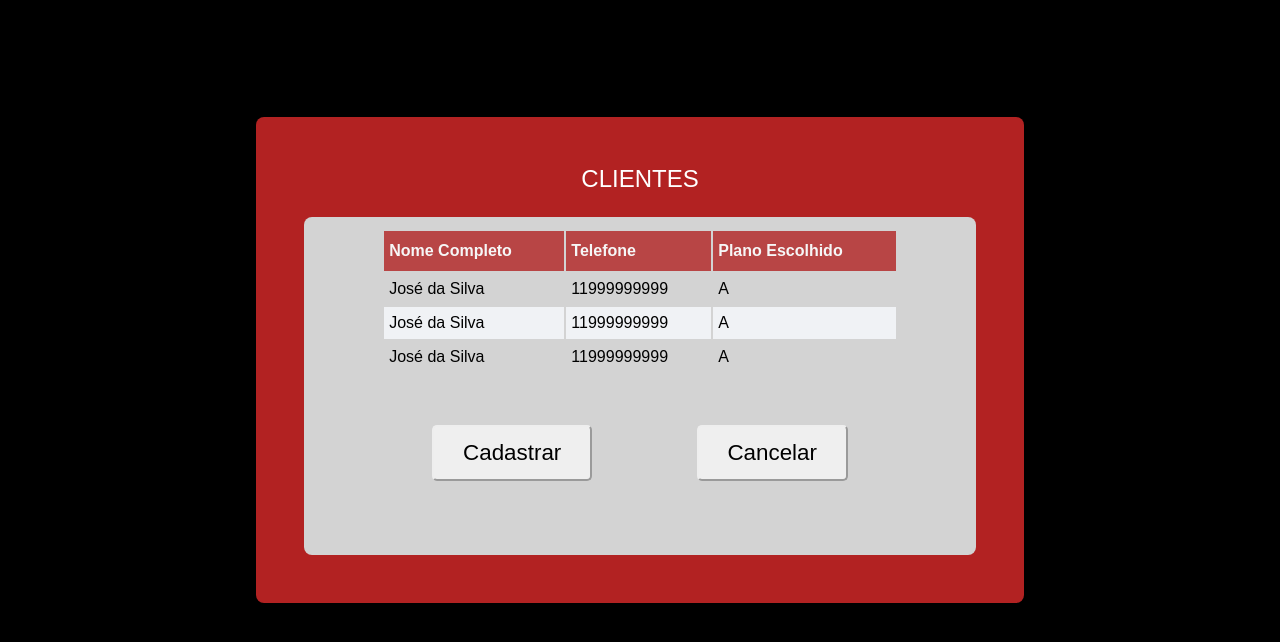
Repository: samantaProspero/projeto_integrador
Page: Versão Atual/PI_Vanila/clientes.html
The author's editor kept a copy of each file at every save. The page is drawn from the files as they stood at one save, then again after a run of saves.
The browser window is 1280 px wide. The pictures show the whole page.

Above is the page before, as saved 2021-11-06 14:46:46.

### Versão Atual/PI_Vanila/clientes.html
<!DOCTYPE html>
<html lang="pt-BR">
<head>
  <meta charset="UTF-8">
  <meta http-equiv="X-UA-Compatible" content="IE=edge">
  <meta name="viewport" content="width=device-width, initial-scale=1.0">
  <link rel="stylesheet" type="text/css" href="_css/global.css">
  <link rel="stylesheet" type="text/css" href="_css/clientes.css">
  <title>D Lions</title>
</head>
<body id="clientes-container">
  <section class="clientes-content">
    <p>CLIENTES</p>
    <nav class="clientes-painel">
      <div class="clientes-lista">

        <div class="area-clientes">
          <table>
            <thead>
              <th>Nome Completo</th>
              <th>Telefone</th>
              <th>Plano Escolhido</th>
            </thead>
            <tbody>
              <tr>
                <td>José da Silva</td>
                <td>11999999999</td>
                <td>A</td>
              </tr>
              <tr>
                <td>José da Silva</td>
                <td>11999999999</td>
                <td>A</td>
              </tr>
              <tr>
                <td>José da Silva</td>
                <td>11999999999</td>
                <td>A</td>
              </tr>
            </tbody>
          </table>
          <div id="buttons-div">
            <button>Cadastrar</button>
            <button>Cancelar</button>
          </div>
        </div>
      </div>
    </nav>
  </section>
</body>
</html>

### Versão Atual/PI_Vanila/_css/global.css
  :root{
    --red: #E52E4D;
    --green: #33CC95;
    --blue: #5429CC;
    --blue-light: #6933FF;
    --text-title: #363F5F;
    --text-body: #969CB2;
    --background: #f0f2f5;
    --shape: #FFFFFF;
    --primary_dark: #363F5F;
  --secondary_dark: #000000;
    --primary: #FF0000;
    --bg_home: #B22222;
    --bg_cadastro:#A52A2A;
    --icon: #6495ED;
    --bg_frame: #D3D3D3;
  }
  /* font verdana 8 bold */

  *{
    margin: 0;
    padding: 0;
    box-sizing: border-box;
  }

  /* // font-size: 16px (Desktop) */
  html{
    @media (max-width: 1080px){
      font-size: 93.75%; //15px
    }
    @media (max-width: 720px){
      font-size: 87.5%;  //14px
    }
  }
  /* //REM = 1rem = 16px */
  body{
    background: var(--secondary_dark);
    -webkit-font-smoothing: antialiased;
  }

  body, input, textarea, button {
    font-family: 'Poppins', sans-serif;
    font-weight: 400;
  }

  h1, h2, h3, h4, h5, h6, strong {
    font-weight: 600;
  }

  button {
    cursor: pointer;
  }



  /* [disabled] {
    opacity: 0.6;
    cursor: not-allowed;
  }

  .react-modal-overlay{
    background: rgba(0,0,0,0.5);
    position: fixed;

    top: 0;
    bottom: 0;
    right: 0;
    left: 0;

    display: flex;
    align-items: center;
    justify-content: center;
  }

  .react-modal-content{
    width: 100%;
    max-width: 576px;
    background: var(--background);
    padding: 3rem;
    position: relative;
    border-radius: 0.25rem;
  }

  .react-modal-close{
    position: absolute;
    right: 1.5rem;
    top: 1.5rem;
    border: 0;
    background: transparent;
    transition: 0.2s; */

    /* &:hover{
      filter: brightness(0.9)
    }
  } */

### Versão Atual/PI_Vanila/_css/clientes.css
#clientes-container {
  width: 100vw;
  height: 100vh;
  display: flex;
  flex-direction: column;
  align-items: center;
  justify-content: center;
}
.clientes-content {
  width: 60vw;
  max-width: 1000px;
  display: flex;
  flex-direction: column;
  justify-content: center;
  align-items: center;
  padding: 3rem;
  border-radius: 8px;
  background-color: var(--bg_home);
}
.clientes-content p {
  color: var(--shape);
  font-size: 1.5rem;
  text-align: center;
  padding-bottom: 1.5rem;
}
.clientes-painel {
  width: 100%;
}
.clientes-lista {
  width: 100%;
  background-color: var(--bg_frame);
  display: flex;
  justify-content: space-around;
  align-items: center;
  padding: 1.5rem;
  border-radius: 8px;

  padding-top: 0.7rem;
}

.area-clientes table {
  width: 100%;
  /* display: flex;
  align-items: center;
  justify-content: space-between;
  padding: 5px; */
}
.area-clientes table th, td{
  text-align: left;
  padding: 5px;
}
.area-clientes table th{
  background-color: var(--bg_home);
  opacity: 0.8;
  height: 2.5rem;
  color: var(--shape);
}
.area-clientes table td{
  height: 2rem;
}

.area-clientes tr:nth-child(even) {
  background-color: var(--background)
}
.area-clientes tr:hover {
  background-color: var(--background)
}
/* .area-clientes label {
  color: var(--text-title);
  font-size: 1.2rem;
} */
/* .area-clientes  input {
  height: 1.5rem;
  padding: 0.8rem;
  margin-left: 1rem;
  border-radius: 5px;
  font-size: 1rem;
  color: var(--text-title);
  border-color: var(--text);
} */

.area-clientes  button{
  /* width: 8rem; */
  height: 3.5rem;
  font-size: 1.4rem;
  padding: 0.8rem 1.8rem;
  border-radius: 5px;
  margin: 50px;
  border-color: var(--text);
}

After the next 2 saves:
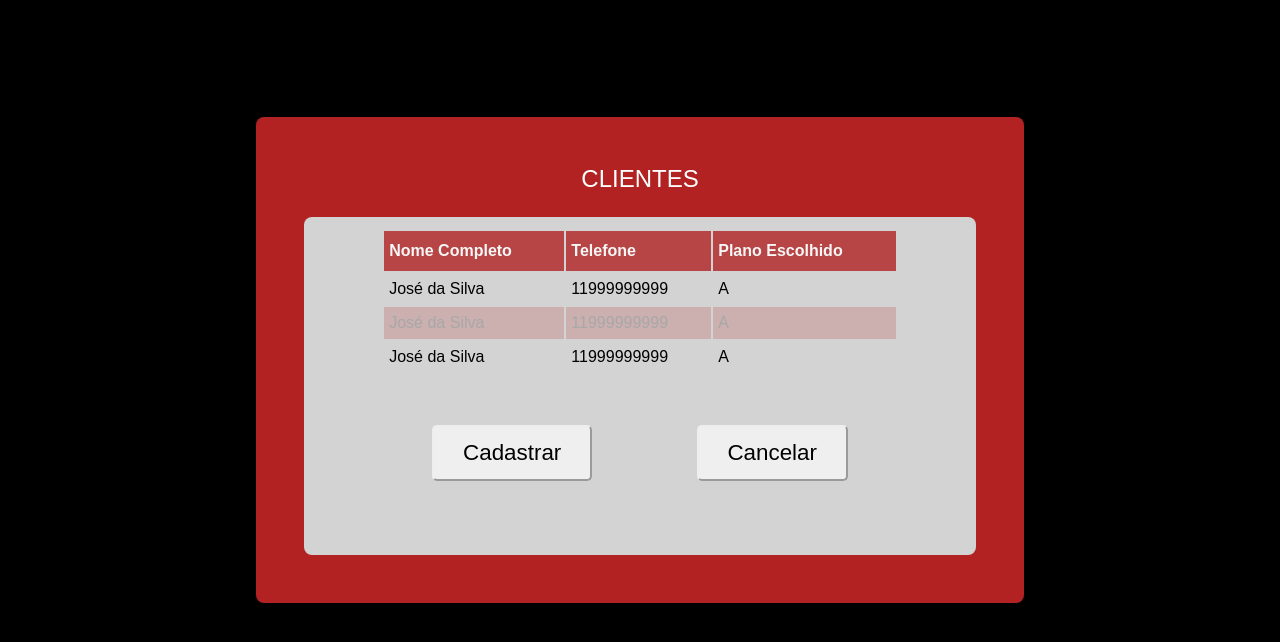
The 2 saves are shown as one change because they came seconds apart.
The last was saved 18 s later.
--- a/Versão Atual/PI_Vanila/_css/clientes.css
+++ b/Versão Atual/PI_Vanila/_css/clientes.css
@@ -60,7 +60,8 @@
 }
 
 .area-clientes tr:nth-child(even) {
-  background-color: var(--background)
+  background-color: var(--bg_home);
+  opacity: 0.2;
 }
 .area-clientes tr:hover {
   background-color: var(--background)
